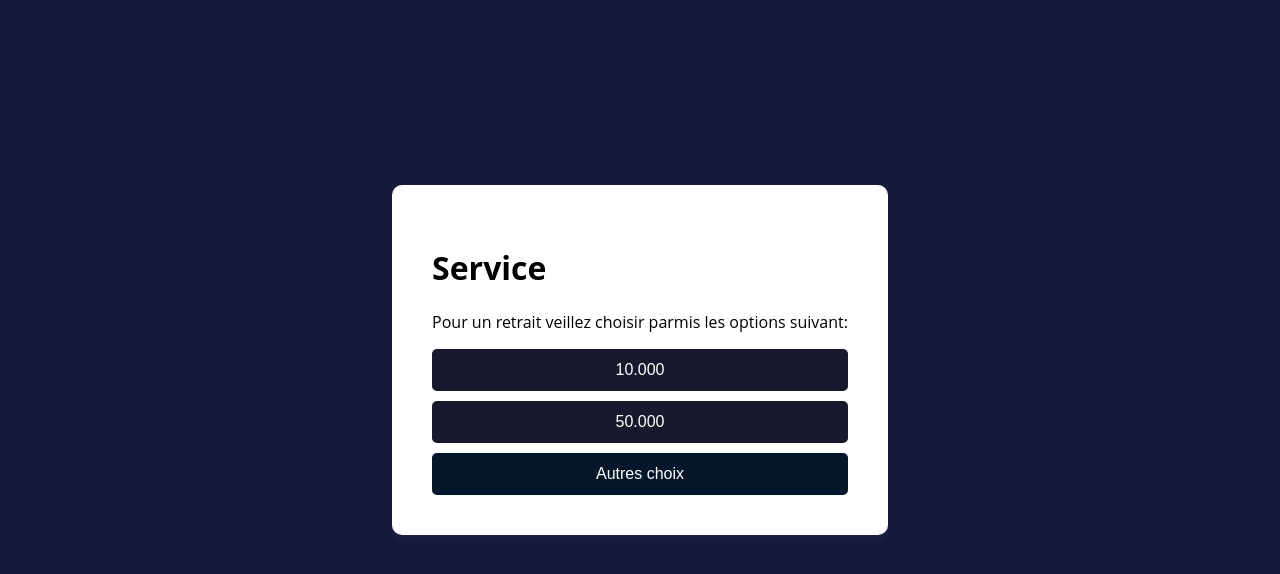
Repository: ndiawar/ProjetGab
Page: retrait.html
The author's editor kept a copy of each file at every save. The page is drawn from the files as they stood at one save, then again after the next save.
The browser window is 1280 px wide. The pictures show the whole page.

Above is the page before, as saved 2024-08-07 22:48:43.
Console error: TypeError: Cannot read properties of null (reading 'addEventListener')

After the next save:
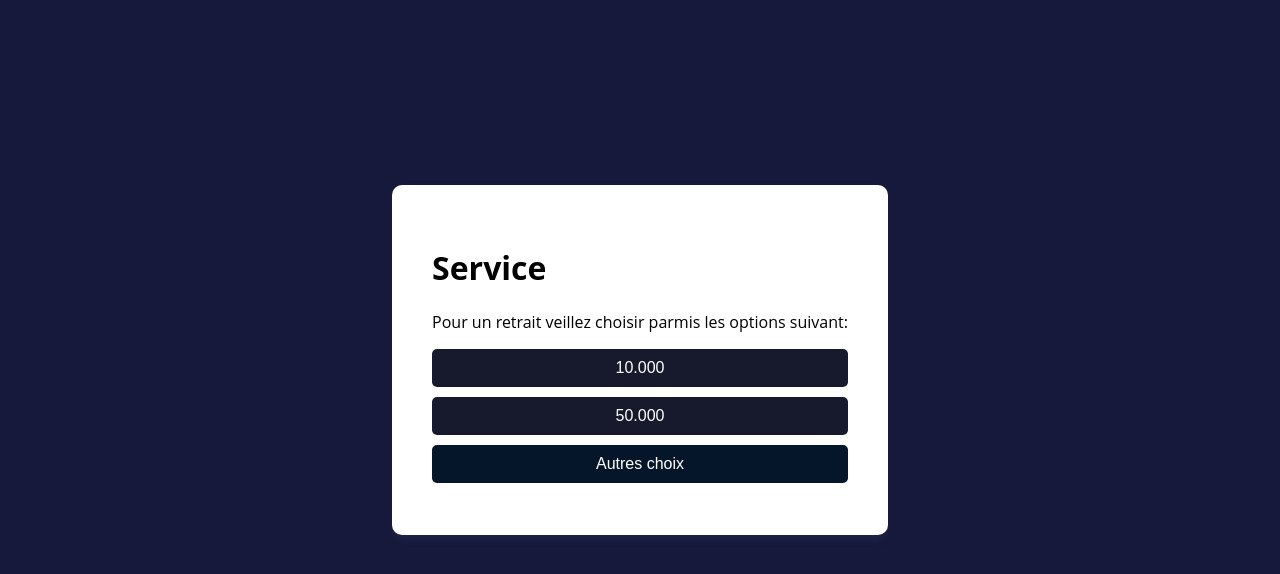
Saved 72 s later.
--- a/style.css
+++ b/style.css
@@ -172,6 +172,13 @@ button:hover {
     margin: 0 auto; /* Centrer le conteneur */
 }
 
+.service {
+    font-size: 24px;
+    margin-bottom: 10px;
+    color: var(black);
+    text-align: center;
+  }
+
 h1.bienvenue {
     font-size: 24px;
     margin-bottom: 10px;
@@ -209,3 +216,43 @@ p.welcome-message {
     background-color: rgba(1, 4, 24, 0.911);
     color: var(--color-white); /* Utilisez la variable de couleur définie */
 }
+.service {
+  font-size: 24px;
+  margin-bottom: 10px;
+  color: var(black);
+  text-align: center;
+}
+welcome-message {
+  font-size: 18px;
+  margin-bottom: 20px;
+  color: var(black);
+}
+.button {
+  display: block;
+  width: 100%;
+  padding: 10px;
+  margin: 10px 0;
+  font-size: 16px;
+  text-align: center;
+  border: none;
+  border-radius: 5px;
+  cursor: pointer;
+  transition: background-color 0.3s;
+  background-color: #05162b;
+}
+.button:hover {
+  background-color: var(#35478c);
+}
+.button.retrait {
+  background-color: var(rgba(1, 4, 24, 0.911));
+  color: var(--color-white);
+}
+.button.solde {
+  background-color:var(rgba(1, 4, 24, 0.911));
+  color: var(--color-white);
+}
+.button.depot {
+  background-color: var(rgba(1, 4, 24, 0.911));
+  color: var(--color-white);
+}
+/*Fin Partie Etienne*/
